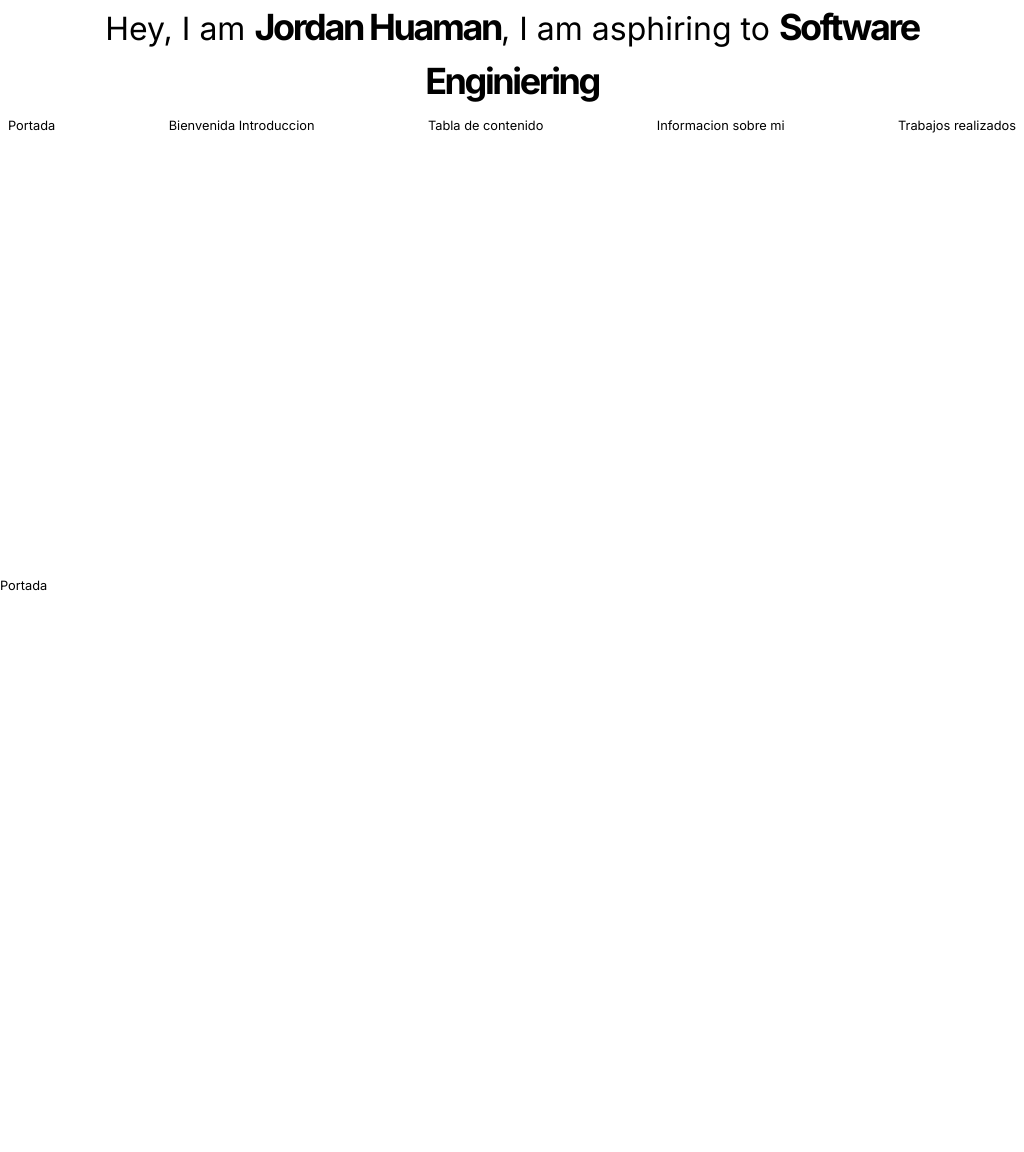
Repository: devsecops-node/portafolio-nextj-pages
Page: /
The author's editor kept a copy of each file at every save. The page is drawn from the files as they stood at one save, then again after the next save.
The browser window is 1280 px wide. The pictures show the whole page, at 80% of full size.
The project was rebuilt for these pictures with package versions that can differ from the ones it lists, and the page was loaded fresh each time. The framework's server and built-in components were replaced by stand-ins that run in the browser. Also part of the build but not shown: next.config.js, src/styles/transitionPage.module.css.

Above is the page before, as saved 2024-01-15 03:49:48.

After the next save:
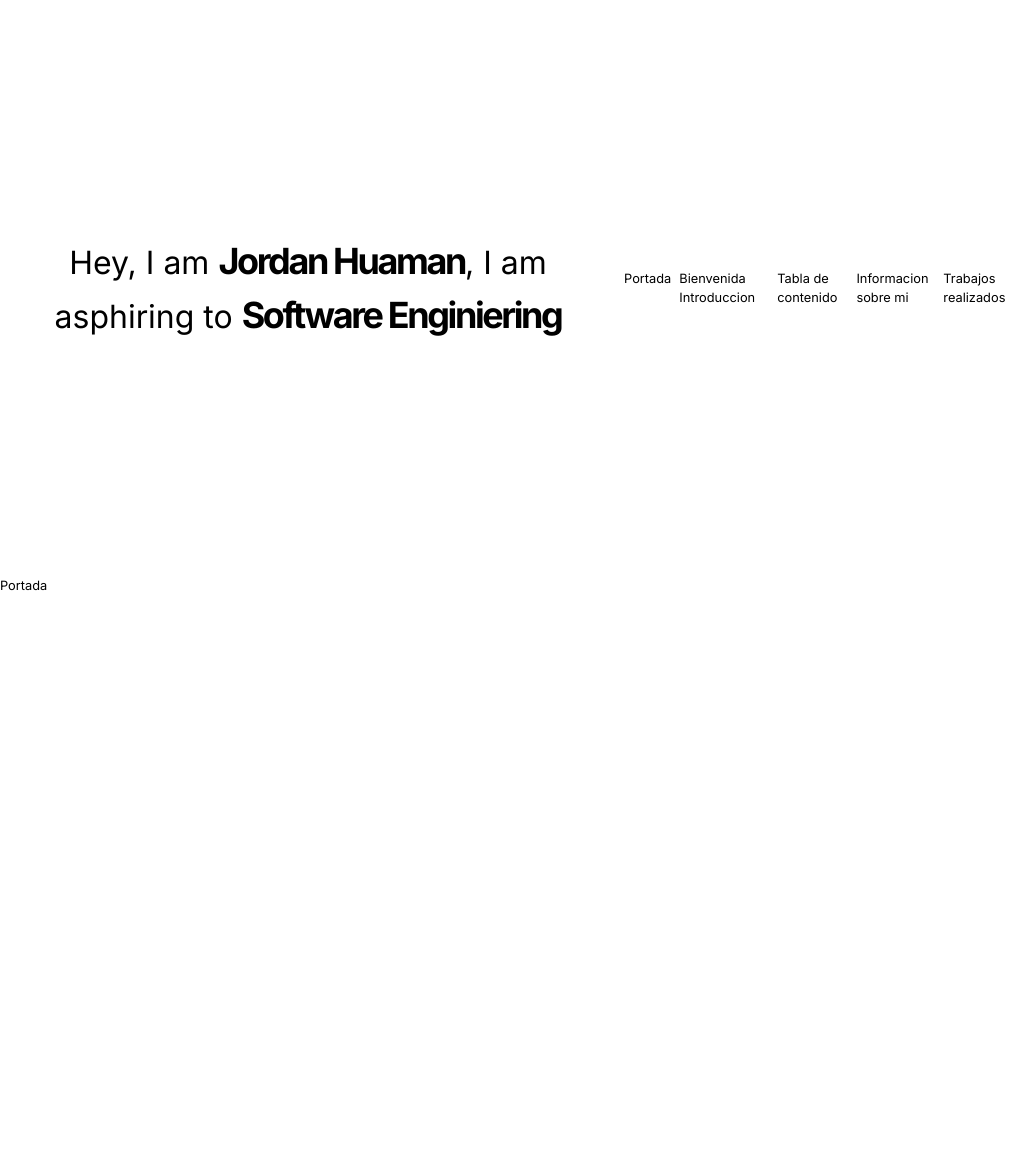
Saved 38 s later.
--- a/src/components/Dashboard.jsx
+++ b/src/components/Dashboard.jsx
@@ -5,7 +5,7 @@ import Portada from './Portada'
 const Dashboard = () => {
   return (
     <section className={stles.home_view}>
-      <div className='h-screen'>
+      <div className='h-screen flex justify-between items-center'>
         <div className={stles.home_view_principal}>
           <p className={stles.animar_text} id='detec'> Hey, I am <span className="animacion-bolder">Jordan
             Huaman</span>, I am asphiring to <span className={stles.detect}>Software Enginiering</span>
